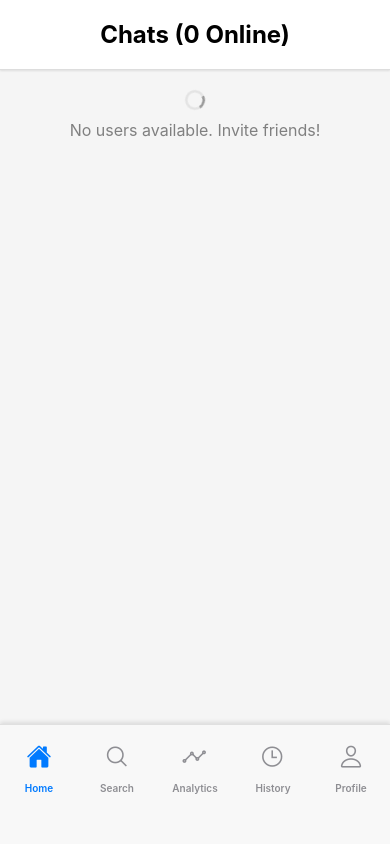
Repository: UdayRaj04/Chatapp_native
Screen: /MainTabs (app in ChatAppFrontend/)
An editor plug-in stored every save of this project. The screen is shown before and after the next save, followed by the edit.
The app was drawn by React Native's web renderer in a window 390 px wide. The project was rebuilt for these pictures with package versions that can differ from the ones it lists, and the page was loaded fresh each time. Some packages were replaced by stand-ins written for this rebuild. Also part of the build but not shown: ChatAppFrontend/screens/RegisterScreen.tsx, ChatAppFrontend/screens/ChatScreen.tsx, ChatAppFrontend/screens/SearchScreen.tsx, ChatAppFrontend/screens/AnalyticsScreen.tsx, ChatAppFrontend/screens/HistoryScreen.tsx, ChatAppFrontend/screens/ProfileScreen.tsx.

Above is the screen before, as saved 2025-09-09 17:39:12.

### ChatAppFrontend/App.tsx
import 'react-native-get-random-values';  // Polyfill first
import React from 'react';
import { NavigationContainer } from '@react-navigation/native';
import { createStackNavigator } from '@react-navigation/stack';
import { createBottomTabNavigator } from '@react-navigation/bottom-tabs';
import { Ionicons } from '@expo/vector-icons';
import { LogBox, View } from 'react-native';
import { SafeAreaProvider } from 'react-native-safe-area-context';  // New: For dynamic insets

// Suppress warnings
LogBox.ignoreLogs([
  'Text strings must be rendered within a <Text> component',
  'VirtualizedList: You have a large list that is slow to initial render',
  'Require cycle:',
  /Warning: [A-Za-z ]*Text strings[A-Za-z ]*/,
]);

// Your existing screens
import LoginScreen from './screens/LoginScreen';
import RegisterScreen from './screens/RegisterScreen';
import ChatListScreen from './screens/ChatListScreen';
import ChatScreen from './screens/ChatScreen';

// Placeholder screens (ensure they exist)
import SearchScreen from './screens/SearchScreen';
import AnalyticsScreen from './screens/AnalyticsScreen';
import HistoryScreen from './screens/HistoryScreen';
import ProfileScreen from './screens/ProfileScreen';

const Stack = createStackNavigator();
const Tab = createBottomTabNavigator();

// Main Tab Navigator (enhanced with safe area for no overlap)
function MainTabs() {
  return (
    <Tab.Navigator
      screenOptions={({ route }) => ({
        tabBarIcon: ({ focused, color, size }) => {
          let iconName: keyof typeof Ionicons.glyphMap;

          if (route.name === 'Chats') {
            iconName = focused ? 'home' : 'home-outline';
          } else if (route.name === 'Search') {
            iconName = focused ? 'search' : 'search-outline';
          } else if (route.name === 'Analytics') {
            iconName = focused ? 'analytics' : 'analytics-outline';
          } else if (route.name === 'History') {
            iconName = focused ? 'time' : 'time-outline';
          } else {
            iconName = focused ? 'person' : 'person-outline';
          }

          return <Ionicons name={iconName} size={size} color={color} />;
        },
        tabBarActiveTintColor: '#007AFF',
        tabBarInactiveTintColor: '#8e8e93',
        tabBarStyle: {
          backgroundColor: '#f8f8f8',
          borderTopWidth: 0.5,
          borderTopColor: '#e0e0e0',
          elevation: 8,
          shadowColor: '#000',
          shadowOffset: { width: 0, height: -2 },
          shadowOpacity: 0.1,
          shadowRadius: 4,
          height: 120,  // Increased: Taller tab bar (60 was too tight; 70 + labels)
          paddingBottom: 50,  // Reduced top padding for balance
          paddingTop: 5,
          position: 'absolute',  // Explicit: Ensures absolute positioning
          bottom: 0,  // Pin to bottom
          left: 0,
          right: 0,
          marginBottom: 0,  // No extra margin
        },
        tabBarLabelStyle: {
          fontSize: 10,
          fontWeight: '600',
          marginBottom: 0,  // Tight labels
        },
        headerShown: false,
        lazy: true,
        // New: Apply safe area padding to tab screens (prevents overlap)
        cardStyle: { paddingBottom: 0 },  // No extra card padding
      })}
    >
      <Tab.Screen name="Chats" component={ChatListScreen} options={{ title: 'Home' }} />
      <Tab.Screen name="Search" component={SearchScreen} options={{ title: 'Search' }} />
      <Tab.Screen name="Analytics" component={AnalyticsScreen} options={{ title: 'Analytics' }} />
      <Tab.Screen name="History" component={HistoryScreen} options={{ title: 'History' }} />
      <Tab.Screen name="Profile" component={ProfileScreen} options={{ title: 'Profile' }} />
    </Tab.Navigator>
  );
}

// Main App - Wrapped in SafeAreaProvider
export default function App() {
  return (
    <SafeAreaProvider>  {/* New: Enables useSafeAreaInsets() */}
      <View style={{ flex: 1 }}>
        <NavigationContainer>
          <Stack.Navigator
            initialRouteName="Login"
            screenOptions={{
              headerShown: false,
              cardStyle: { backgroundColor: '#f5f5f5' },
            }}
          >
            <Stack.Screen name="Login" component={LoginScreen} />
            <Stack.Screen name="Register" component={RegisterScreen} />
            <Stack.Screen name="MainTabs" component={MainTabs} />
            <Stack.Screen
              name="Chat"
              component={ChatScreen}
              options={{
                headerShown: true,
                headerTitle: 'Chat',
                headerStyle: { backgroundColor: '#007AFF' },
                headerTintColor: '#fff',
                presentation: 'modal',
                // Hide tabs in chat to avoid overlap
                tabBarStyle: { display: 'none' },
              }}
            />
          </Stack.Navigator>
        </NavigationContainer>
      </View>
    </SafeAreaProvider>
  );
}

### ChatAppFrontend/screens/LoginScreen.tsx
import React, { useState } from 'react';
import {
  View,
  TextInput,
  TouchableOpacity,
  Text,
  StyleSheet,
  Alert,
  ActivityIndicator,
  KeyboardAvoidingView,
  Platform,
  Image,  // New: For logo
} from 'react-native';
import { Ionicons } from '@expo/vector-icons';  // For input icons
import { useSafeAreaInsets } from 'react-native-safe-area-context';  // For insets (provider in App.tsx)
import { useNavigation } from '@react-navigation/native';  // For navigation
import AsyncStorage from '@react-native-async-storage/async-storage';
import axios, { AxiosError } from 'axios';

const API_BASE = 'http://192.168.29.93:5000/api';

interface LoginResponse {
  token: string;
  user: {
    id?: string;
    _id?: string;
    username: string;
    email: string;
  };
}

export default function LoginScreen() {
  const [email, setEmail] = useState<string>('');
  const [password, setPassword] = useState<string>('');
  const [loading, setLoading] = useState<boolean>(false);
  const [emailError, setEmailError] = useState<string>('');
  const [passwordError, setPasswordError] = useState<string>('');
  const navigation = useNavigation<any>();
  const insets = useSafeAreaInsets();  // Use insets from root provider

  const validateEmail = (email: string): boolean => {
    const emailRegex = /^[^\s@]+@[^\s@]+\.[^\s@]+$/;
    if (!email) {
      setEmailError('Email is required');
      return false;
    }
    if (!emailRegex.test(email)) {
      setEmailError('Invalid email format');
      return false;
    }
    setEmailError('');
    return true;
  };

  const validatePassword = (password: string): boolean => {
    if (!password) {
      setPasswordError('Password is required');
      return false;
    }
    if (password.length < 6) {
      setPasswordError('Password must be at least 6 characters');
      return false;
    }
    setPasswordError('');
    return true;
  };

  const handleLogin = async (): Promise<void> => {
    if (!validateEmail(email) || !validatePassword(password)) return;

    setLoading(true);
    try {
      const response = await axios.post<LoginResponse>(`${API_BASE}/auth/login`, {
        email,
        password,
      });
      await AsyncStorage.setItem('token', response.data.token);
      await AsyncStorage.setItem('user', JSON.stringify(response.data.user));
      navigation.replace('MainTabs');  // Navigate to tabs on success
    } catch (err) {
      const error = err as AxiosError;
      Alert.alert('Login Failed', error.response?.data?.error || 'Invalid credentials');
    } finally {
      setLoading(false);
    }
  };

  return (
    <KeyboardAvoidingView
      style={[styles.container, { paddingTop: insets.top }]}
      behavior={Platform.OS === 'ios' ? 'padding' : 'height'}
      enabled={true}
    >
      {/* Title with Logo */}
      <View style={styles.titleContainer}>
        {/* New: Bigger Logo */}
        <Image
          source={require('../assets/logos.png')}  // Adjust path if needed (e.g., '../../assets/logo.png')
          style={styles.logo}
          resizeMode="contain"
        />
        <Text style={styles.title}>Seamless Chat</Text>
        <Text style={styles.subtitle}>Welcome back! Sign in to continue</Text>
      </View>

      {/* Form */}
      <View style={styles.formContainer}>
        {/* Email Input */}
        <View style={styles.inputContainer}>
          <Ionicons name="mail" size={24} color="#999" style={styles.inputIcon} />
          <TextInput
            style={[styles.input, emailError ? styles.inputError : null]}
            value={email}
            onChangeText={(text) => {
              setEmail(text);
              if (emailError) validateEmail(text);
            }}
            placeholder="Email"
            keyboardType="email-address"
            autoCapitalize="none"
            onBlur={() => validateEmail(email)}
          />
        </View>
        {emailError ? <Text style={styles.errorText}>{emailError}</Text> : null}

        {/* Password Input */}
        <View style={styles.inputContainer}>
          <Ionicons name="lock-closed" size={24} color="#999" style={styles.inputIcon} />
          <TextInput
            style={[styles.input, passwordError ? styles.inputError : null]}
            value={password}
            onChangeText={(text) => {
              setPassword(text);
              if (passwordError) validatePassword(text);
            }}
            placeholder="Password"
            secureTextEntry={true}
            onBlur={() => validatePassword(password)}
          />
        </View>
        {passwordError ? <Text style={styles.errorText}>{passwordError}</Text> : null}

        {/* Login Button */}
        <TouchableOpacity
          style={[styles.button, loading ? styles.buttonDisabled : null]}
          onPress={handleLogin}
          disabled={loading}
          activeOpacity={0.7}
        >
          {loading ? (
            <ActivityIndicator size="small" color="#fff" />
          ) : (
            <Text style={styles.buttonText}>Login</Text>
          )}
        </TouchableOpacity>

        {/* Register Link */}
        <TouchableOpacity
          style={styles.linkContainer}
          onPress={() => navigation.navigate('Register')}
        >
          <Text style={styles.linkText}>Don't have an account? Register</Text>
        </TouchableOpacity>
      </View>
    </KeyboardAvoidingView>
  );
}

const styles = StyleSheet.create({
  container: {
    flex: 1,
    backgroundColor: '#f5f5f5',
    justifyContent: 'center',
    alignItems: 'center',
  },
  titleContainer: {
    alignItems: 'center',
    marginBottom: 50,  // Increased: More space after logo/title to form
  },
  // New: Logo Style (Bigger, Centered)
  logo: {
    width: 120,  // Bigger size - adjust as needed (e.g., 100 for smaller)
    height: 120,
    marginBottom: 20,  // Space between logo and title
    alignSelf: 'center',
  },
  title: {
    fontSize: 32,
    fontWeight: 'bold',
    color: '#333',
    marginBottom: 5,
  },
  subtitle: {
    fontSize: 16,
    color: '#666',
    textAlign: 'center',
  },
  formContainer: {
    width: '85%',  // Responsive width
    alignItems: 'center',
  },
  inputContainer: {
    flexDirection: 'row',
    alignItems: 'center',
    backgroundColor: '#fff',
    borderRadius: 10,
    marginBottom: 15,
    paddingHorizontal: 15,
    elevation: 2,
    shadowColor: '#000',
    shadowOffset: { width: 0, height: 1 },
    shadowOpacity: 0.1,
    shadowRadius: 2,
    width: '100%',
  },
  inputIcon: {
    marginRight: 10,
  },
  input: {
    flex: 1,
    paddingVertical: 12,
    fontSize: 16,
    color: '#333',
  },
  inputError: {
    borderWidth: 1,
    borderColor: '#ff6b6b',
  },
  errorText: {
    color: '#ff6b6b',
    fontSize: 12,
    marginBottom: 10,
    alignSelf: 'flex-start',
  },
  button: {
    backgroundColor: '#007AFF',
    borderRadius: 10,
    paddingVertical: 15,
    width: '100%',
    alignItems: 'center',
    marginTop: 10,
    elevation: 2,
    shadowColor: '#007AFF',
    shadowOffset: { width: 0, height: 2 },
    shadowOpacity: 0.2,
    shadowRadius: 4,
  },
  buttonDisabled: {
    backgroundColor: '#ccc',
  },
  buttonText: {
    color: '#fff',
    fontSize: 18,
    fontWeight: 'bold',
  },
  linkContainer: {
    marginTop: 20,
    alignItems: 'center',
  },
  linkText: {
    color: '#007AFF',
    fontSize: 16,
    textDecorationLine: 'underline',
  },
});

### ChatAppFrontend/screens/ChatListScreen.tsx
import React, { useState, useEffect } from 'react';
import {
  View,
  FlatList,
  Text,
  TouchableOpacity,
  StyleSheet,
  Alert,
  ActivityIndicator,
} from 'react-native';
import { Ionicons } from '@expo/vector-icons';  // New: For user icons (person-circle)
import { useSafeAreaInsets } from 'react-native-safe-area-context';  // From previous (for padding)
import AsyncStorage from '@react-native-async-storage/async-storage';
import axios, { AxiosError } from 'axios';
import io, { Socket } from 'socket.io-client';

const API_BASE = 'http://192.168.29.93:5000/api';

interface User {
  _id: string;
  id?: string;
  username: string;
  email: string;
}

export default function ChatListScreen({ navigation }: { navigation: any }) {
  const [users, setUsers] = useState<User[]>([]);
  const [loading, setLoading] = useState<boolean>(true);
  const [currentUser, setCurrentUser] = useState<User | null>(null);
  const [socket, setSocket] = useState<Socket | null>(null);
  const [onlineUsers, setOnlineUsers] = useState<Set<string>>(new Set());

  // Safe area for dynamic padding (from previous)
  const insets = useSafeAreaInsets();
  const bottomPadding = Math.max(120, insets.bottom + 70);

  useEffect(() => {
    loadUser();
    fetchUsers();

    const initSocket = async () => {
      const token = await AsyncStorage.getItem('token');
      if (token) {
        const newSocket = io(API_BASE.replace('/api', ''), {
          auth: { token },
        });
        setSocket(newSocket);
        newSocket.on('connect_error', () => Alert.alert('Socket Error', 'Connection failed'));

        newSocket.on('userOnline', (data) => {
          console.log('User online:', data.userId);
          setOnlineUsers((prev) => new Set([...prev, data.userId]));
        });

        newSocket.on('userOffline', (data) => {
          console.log('User offline:', data.userId);
          setOnlineUsers((prev) => {
            const newSet = new Set(prev);
            newSet.delete(data.userId);
            return newSet;
          });
        });

        newSocket.on('onlineUsersList', (data) => {
          console.log('Initial online users:', data.onlineUsers);
          setOnlineUsers(new Set(data.onlineUsers));
        });

        newSocket.on('connect', () => {
          console.log('Socket connected - requesting online users');
          newSocket.emit('getOnlineUsers');
        });
      }
    };
    initSocket();

    return () => {
      socket?.disconnect();
    };
  }, []);

  const loadUser = async (): Promise<void> => {
    const userStr = await AsyncStorage.getItem('user');
    if (userStr) {
      setCurrentUser(JSON.parse(userStr));
    }
    setLoading(false);
  };

  const fetchUsers = async (): Promise<void> => {
    const token = await AsyncStorage.getItem('token');
    if (!token) return;
    try {
      const response = await axios.get<User[]>(`${API_BASE}/users`, {
        headers: { Authorization: `Bearer ${token}` },
      });
      const validUsers = response.data.filter(u =>
        u && u.username && (u._id || u.id) && typeof u.username === 'string'
      );
      setUsers(validUsers);
    } catch (err) {
      const error = err as AxiosError;
      Alert.alert('Error', error.response?.data?.error || 'Failed to load users');
    }
  };

  const startChat = (otherUser: User): void => {
    const userId = otherUser.id || otherUser._id;
    console.log('Starting chat with userId:', userId);
    if (!userId) {
      Alert.alert('Error', 'Invalid user data');
      return;
    }
    navigation.navigate('Chat', {
      otherUserId: userId,
      otherUserName: otherUser.username,
    });
  };

  const renderUser = ({ item }: { item: User }): JSX.Element => {
    if (!item || !item.username || !(item._id || item.id)) {
      return (
        <View style={styles.userItem}>
          <View style={styles.userContent}>
            <Text style={styles.username}>Invalid user entry</Text>
          </View>
        </View>
      );
    }
    const userId = item.id || item._id;
    const isOnline = onlineUsers.has(userId);
    const userIdShort = userId.substring(0, 8) + '...';
    return (
      <TouchableOpacity onPress={() => startChat(item)} style={styles.userItem} activeOpacity={0.7}>
        <View style={styles.userContent}>
          {/* New: User icon on left */}
          <View style={styles.iconContainer}>
            <Ionicons
              name="person-circle"
              size={50}
              color={isOnline ? '#4CAF50' : '#ccc'}  // Green for online, gray for offline
            />
            {/* Optional: Small online dot (green circle below icon) */}
            {isOnline && (
              <View style={styles.onlineDot} />
            )}
          </View>
          {/* Text content on right */}
          <View style={styles.textContent}>
            <Text style={styles.username}>{item.username}</Text>
            {isOnline && <Text style={styles.onlineBadge}>Online</Text>}
            <Text style={styles.idText}>{"(ID: " + userIdShort + ")"}</Text>
          </View>
        </View>
      </TouchableOpacity>
    );
  };

  const renderEmpty = (): JSX.Element => (
    <View style={[styles.emptyContainer, { paddingBottom: bottomPadding }]}>
      <ActivityIndicator size="small" color="#999" />
      <Text style={styles.emptyText}>No users available. Invite friends!</Text>
    </View>
  );

  if (loading) {
    return (
      <View style={styles.loadingContainer}>
        <ActivityIndicator size="large" color="#0000ff" />
        <Text style={styles.loadingText}>Loading chats...</Text>
      </View>
    );
  }

  return (
    <View style={styles.container}>
      <Text style={styles.title}>Chats ({onlineUsers.size} Online)</Text>
      <FlatList
        data={users}
        keyExtractor={(item, index) => (item._id || item.id || index.toString())}
        renderItem={renderUser}
        ListEmptyComponent={renderEmpty}
        contentContainerStyle={[styles.listContent, { paddingBottom: bottomPadding }]}
        style={{ flex: 1 }}
        keyboardShouldPersistTaps="handled"
        bounces={true}
        showsVerticalScrollIndicator={true}
        initialNumToRender={10}
        maxToRenderPerBatch={5}
        windowSize={10}
        removeClippedSubviews={true}
        extraData={users}
        getItemLayout={(data, index) => ({ length: 70, offset: 70 * index, index })}
      />
    </View>
  );
}

const styles = StyleSheet.create({
  container: {
    flex: 1,
    backgroundColor: '#f5f5f5',
  },
  title: {
    fontSize: 24,
    fontWeight: 'bold',
    padding: 20,
    textAlign: 'center',
    backgroundColor: '#fff',
    borderBottomWidth: 1,
    borderBottomColor: '#ddd',
    elevation: 2,
    shadowColor: '#000',
    shadowOffset: { width: 0, height: 1 },
    shadowOpacity: 0.1,
    shadowRadius: 2,
  },
  loadingContainer: {
    flex: 1,
    justifyContent: 'center',
    alignItems: 'center',
  },
  loadingText: {
    marginTop: 10,
    fontSize: 16,
    color: '#666',
  },
  listContent: {
    paddingHorizontal: 10,
  },
  userItem: {
    backgroundColor: '#fff',
    marginVertical: 5,
    marginHorizontal: 10,
    borderRadius: 10,
    padding: 15,
    elevation: 2,
    shadowColor: '#000',
    shadowOffset: { width: 0, height: 1 },
    shadowOpacity: 0.2,
    shadowRadius: 1.41,
    // New: Taller for icon row
    minHeight: 70,
  },
  userContent: {
    flex: 1,
    flexDirection: 'row',  // New: Row for icon + text
    alignItems: 'center',  // New: Vertical center
  },
  // New: Icon container (left side)
  iconContainer: {
    marginRight: 15,  // Space between icon and text
    position: 'relative',  // For online dot positioning
  },
  // New: Text content wrapper (right side)
  textContent: {
    flex: 1,  // Take remaining space
    flexDirection: 'column',  // Stack username, badge, ID
    justifyContent: 'flex-start',
  },
  username: {
    fontSize: 18,
    fontWeight: 'bold',
    marginBottom: 2,  // Small space before badge/ID
  },
  onlineBadge: {
    fontSize: 12,
    color: '#4CAF50',
    fontWeight: 'bold',
    marginBottom: 2,
  },
  idText: {
    fontSize: 12,
    color: 'gray',
  },
  // New: Online status dot (small green circle under icon)
  onlineDot: {
    position: 'absolute',
    bottom: 0,
    right: 0,
    width: 12,
    height: 12,
    borderRadius: 6,
    backgroundColor: '#4CAF50',
    borderWidth: 2,
    borderColor: '#fff',  // White border for visibility
  },
  emptyContainer: {
    justifyContent: 'center',
    alignItems: 'center',
    padding: 20,
  },
  emptyText: {
    fontSize: 16,
    color: 'gray',
    textAlign: 'center',
    marginTop: 10,
  },
});

Loaded but not shown: ChatAppFrontend/index.ts (common file)

After the next save:
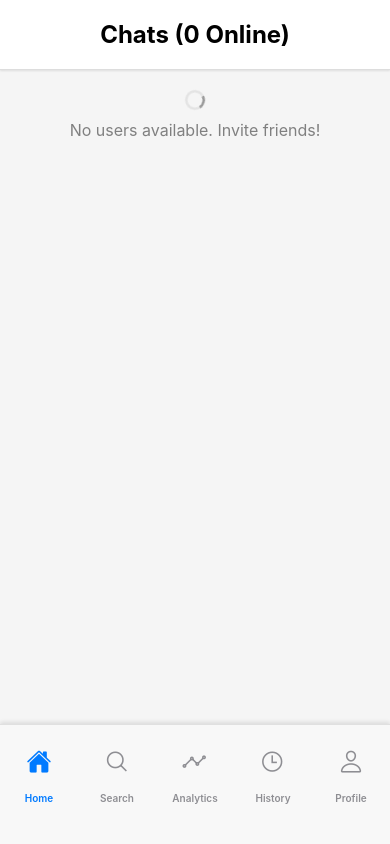
Saved 9 s later.
--- a/ChatAppFrontend/App.tsx
+++ b/ChatAppFrontend/App.tsx
@@ -64,7 +64,7 @@ function MainTabs() {
           shadowOpacity: 0.1,
           shadowRadius: 4,
           height: 120,  // Increased: Taller tab bar (60 was too tight; 70 + labels)
-          paddingBottom: 50,  // Reduced top padding for balance
+          paddingBottom: 40,  // Reduced top padding for balance
           paddingTop: 5,
           position: 'absolute',  // Explicit: Ensures absolute positioning
           bottom: 0,  // Pin to bottom
